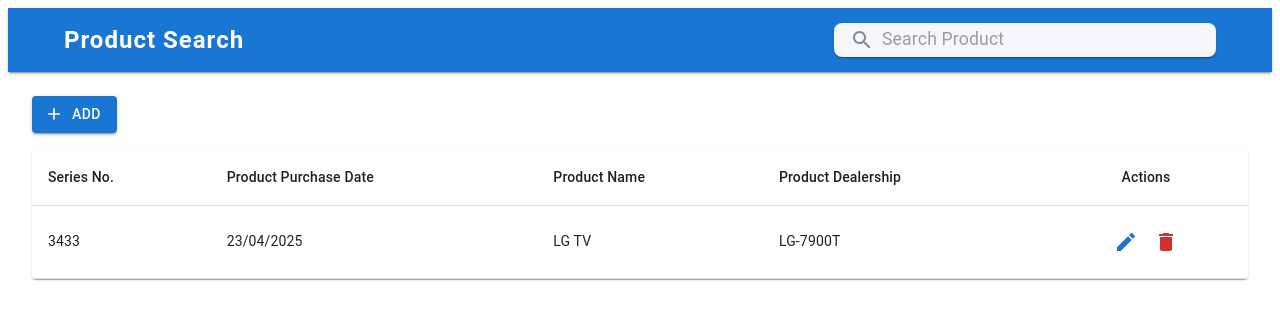
Repository: Sharathguru/Product_Task
Page: / (app in Frontend/)
An editor plug-in stored every save of this project. The page is shown before and after the next save, followed by the edit.
The browser window is 1280 px wide. The pictures show the whole page.
The project was rebuilt for these pictures with package versions that can differ from the ones it lists, and the page was loaded fresh each time. Requests to the local data server were answered from the project's data file. Also part of the build but not shown: Frontend/vite.config.js, Frontend/src/index.css, Frontend/src/Pages/product.js, Frontend/src/Pages/Insert.jsx, Frontend/src/Pages/Update.jsx, Frontend/src/Pages/Delete.jsx.

Above is the page before, as saved 2025-06-13 16:22:47.

### Frontend/src/App.jsx
import React from 'react'
import { BrowserRouter, Route, Routes } from 'react-router-dom'
import { ToastContainer } from 'react-toastify';
import 'react-toastify/dist/ReactToastify.css';
import Home from './Components/Home'
import Insert from './Pages/Insert'
import Update from './Pages/Update'
import Fetch from './Pages/Fetch'
import Delete from './Pages/Delete'

const App = () => {
  return (
    <>
      <ToastContainer position="top-right" autoClose={2000} />
      <BrowserRouter>
      <Routes>
        <Route path="/" element={<Home />} />
        <Route path="/insert" element={<Insert />} />
        <Route path="/update" element={<Update />} />
        <Route path="/fetch" element={<Fetch />} />
        <Route path="/delete" element={<Delete />} />
      </Routes>
        {/* <Route path="*" element={<h1>404 Not Found</h1>} /> */}
      </BrowserRouter>
    </>
  )
}

export default App

### Frontend/src/Components/Home.jsx
import React from "react";
import Navbar from "./Navbar";
import Fetch from "../Pages/Fetch";

const Home = () => {
  const [search, setSearch] = React.useState("");

  return (
    <div>
      <Navbar search={search} setSearch={setSearch} />
      <Fetch search={search} />
    </div>
  );
};

export default Home;

### Frontend/src/Pages/Fetch.jsx
import React from "react";
import axios from "../axios/axios.js";
import { useNavigate } from "react-router-dom";
import DeleteIcon from "@mui/icons-material/Delete";
import EditIcon from "@mui/icons-material/Edit";
import AddIcon from "@mui/icons-material/Add";
import Table from "@mui/material/Table";
import TableBody from "@mui/material/TableBody";
import TableCell from "@mui/material/TableCell";
import TableContainer from "@mui/material/TableContainer";
import TableHead from "@mui/material/TableHead";
import TableRow from "@mui/material/TableRow";
import Paper from "@mui/material/Paper";
import IconButton from "@mui/material/IconButton";
import InputBase from "@mui/material/InputBase";
import Box from "@mui/material/Box";
import SearchIcon from "@mui/icons-material/Search";
import Button from "@mui/material/Button";
import { toast } from "react-toastify";

const Fetch = ({ search }) => {
  const [products, setProducts] = React.useState([]);
  const [error, setError] = React.useState("");
  const navigate = useNavigate();

  const fetchData = async () => {
    try {
      const res = await axios.get("/products");
      setProducts(res.data);
    } catch (err) {
      setError("Failed to fetch data.");
    }
  };

  React.useEffect(() => {
    fetchData();
  }, []);

  const handleDelete = async (seriesNo) => {
    if (!window.confirm("Are you sure you want to delete this product?")) return;
    try {
      await axios.delete(`/user/${seriesNo}`);
      setProducts(products.filter((item) => item.Series_No !== seriesNo));
      toast.success("Product deleted successfully!");
    } catch {
      toast.error("Delete failed.");
    }
  };

  const handleEdit = (seriesNo) => {
    navigate(`/update`, { state: { seriesNo } });
  };

  const handleAdd = () => {
    navigate("/insert");
  };

  const filteredProducts = products.filter((item) =>
    Object.values(item)
      .join(" ")
      .toLowerCase()
      .includes(search.toLowerCase())
  );

  return (
    <Box sx={{ p: 3 }}>
      <Box sx={{ display: "flex", alignItems: "center", mb: 2 }}>
        <Button
          variant="contained"
          color="primary"
          startIcon={<AddIcon />}
          onClick={handleAdd}
          sx={{ mr: 2 }}
        >
          Add
        </Button>
        {/* <Paper
          component="form"
          sx={{
            p: "2px 4px",
            display: "flex",
            alignItems: "center",
            width: 350,
            borderRadius: 2,
            boxShadow: 1,
          }}
        >
          <SearchIcon sx={{ ml: 1, mr: 1 }} />
          <InputBase
            sx={{ ml: 1, flex: 1 }}
            placeholder="Search Product"
            inputProps={{ "aria-label": "search product" }}
            value={search}
            onChange={(e) => setSearch(e.target.value)}
          />
        </Paper> */}
      </Box>
      <TableContainer component={Paper}>
        <Table sx={{pr:-30}}>
          <TableHead>
            <TableRow>
              <TableCell>Series No.</TableCell>
              <TableCell>Product Purchase Date</TableCell>
              <TableCell>Product Name</TableCell>
              <TableCell>Product Dealership</TableCell>
              <TableCell align="center">Actions</TableCell>
            </TableRow>
          </TableHead>
          <TableBody>
            {filteredProducts.map((item, idx) => (
              <TableRow key={item.Series_No + idx}>
                <TableCell>{item.Series_No}</TableCell>
                <TableCell>
                  {item.Product_Purchase_Date &&
                    !isNaN(new Date(item.Product_Purchase_Date)) &&
                    new Date(item.Product_Purchase_Date).toLocaleDateString("en-GB")}
                </TableCell>
                <TableCell>{item.Product_Name}</TableCell>
                <TableCell>{item.Product_Dealership}</TableCell>
                <TableCell align="center">
                  <IconButton
                    color="primary"
                    onClick={() => handleEdit(item.Series_No)}
                  >
                    <EditIcon />
                  </IconButton>
                  <IconButton
                    color="error"
                    onClick={() => handleDelete(item.Series_No)}
                  >
                    <DeleteIcon />
                  </IconButton>
                </TableCell>
              </TableRow>
            ))}
            {filteredProducts.length === 0 && (
              <TableRow>
                <TableCell colSpan={5} align="center">
                  No products found.
                </TableCell>
              </TableRow>
            )}
          </TableBody>
        </Table>
      </TableContainer>
      {error && <p style={{ color: "red" }}>{error}</p>}
    </Box>
  );
};

export default Fetch;

### Frontend/src/Components/Navbar.jsx
import React from "react";
import AppBar from "@mui/material/AppBar";
import Toolbar from "@mui/material/Toolbar";
import Typography from "@mui/material/Typography";
import Box from "@mui/material/Box";
import InputBase from "@mui/material/InputBase";
import SearchIcon from "@mui/icons-material/Search";
import Container from "@mui/material/Container";
import useMediaQuery from "@mui/material/useMediaQuery";
import { useTheme } from "@mui/material/styles";

const Navbar = ({ search, setSearch }) => {
  const theme = useTheme();
  const isMobile = useMediaQuery(theme.breakpoints.down("sm"));

  return (
    <AppBar position="static" color="primary" elevation={2}>
      <Container maxWidth="lg" disableGutters>
        <Toolbar
          sx={{
            flexDirection: isMobile ? "column" : "row",
            justifyContent: isMobile ? "flex-start" : "space-between",
            gap: isMobile ? 2 : 0,
            py: isMobile ? 1 : 0,
          }}
        >
          <Typography
            variant="h5"
            color="inherit"
            noWrap
            sx={{
              fontWeight: 700,
              letterSpacing: 1,
              flexGrow: 1,
              mb: isMobile ? 1 : 0,
            }}
          >
            Product Search
          </Typography>
          <Box
            sx={{
              position: "relative",
              borderRadius: 2,
              backgroundColor: "#f5f7fa",
              width: isMobile ? "100%" : 350,
              display: "flex",
              alignItems: "center",
              px: 2,
              boxShadow: 1,
            }}
          >
            <SearchIcon sx={{ color: "#888", mr: 1 }} />
            <InputBase
              placeholder="Search Product"
              inputProps={{ "aria-label": "search" }}
              fullWidth
              value={search}
              onChange={(e) => setSearch(e.target.value)}
              sx={{ fontSize: isMobile ? "1rem" : "1.1rem" }}
            />
          </Box>
        </Toolbar>
      </Container>
    </AppBar>
  );
};

export default Navbar;

### Frontend/src/axios/axios.js
import axios from 'axios'

const instance = axios.create({
    baseURL: 'http://localhost:3000'
})
export default instance

### Frontend/backend/db.json
{
  "products": [
    {
      "id": "bf44",
      "Series_No": "3433",
      "Product_Purchase_Date": "2025-04-23",
      "Product_Name": "LG TV",
      "Product_Dealership": "LG-7900T"
    }
  ]
}

Loaded but not shown: Frontend/index.html (common file); Frontend/src/main.jsx (common file)

After the next save:
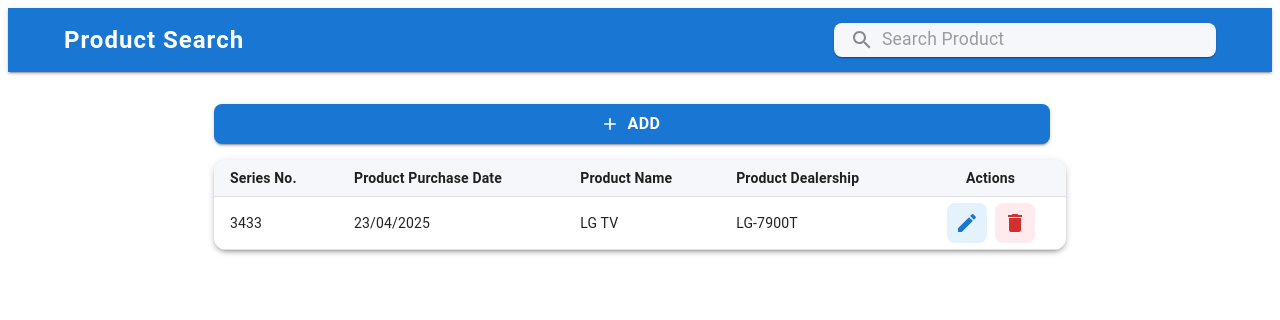
Saved 14 s later.
--- a/Frontend/src/Pages/Fetch.jsx
+++ b/Frontend/src/Pages/Fetch.jsx
@@ -12,11 +12,11 @@ import TableHead from "@mui/material/TableHead";
 import TableRow from "@mui/material/TableRow";
 import Paper from "@mui/material/Paper";
 import IconButton from "@mui/material/IconButton";
-import InputBase from "@mui/material/InputBase";
+import Button from "@mui/material/Button";
 import Box from "@mui/material/Box";
-import SearchIcon from "@mui/icons-material/Search";
-import Button from "@mui/material/Button";
+import Stack from "@mui/material/Stack";
 import { toast } from "react-toastify";
+import Container from "@mui/material/Container";
 
 const Fetch = ({ search }) => {
   const [products, setProducts] = React.useState([]);
@@ -36,19 +36,19 @@ const Fetch = ({ search }) => {
     fetchData();
   }, []);
 
-  const handleDelete = async (seriesNo) => {
+  const handleDelete = async (id) => {
     if (!window.confirm("Are you sure you want to delete this product?")) return;
     try {
-      await axios.delete(`/user/${seriesNo}`);
-      setProducts(products.filter((item) => item.Series_No !== seriesNo));
+      await axios.delete(`/products/${id}`);
+      setProducts(products.filter((item) => item.id !== id));
       toast.success("Product deleted successfully!");
     } catch {
       toast.error("Delete failed.");
     }
   };
 
-  const handleEdit = (seriesNo) => {
-    navigate(`/update`, { state: { seriesNo } });
+  const handleEdit = (id) => {
+    navigate(`/update`, { state: { id } });
   };
 
   const handleAdd = () => {
@@ -63,73 +63,91 @@ const Fetch = ({ search }) => {
   );
 
   return (
-    <Box sx={{ p: 3 }}>
-      <Box sx={{ display: "flex", alignItems: "center", mb: 2 }}>
+    <Container maxWidth="md" sx={{ py: { xs: 2, md: 4 } }}>
+      <Box
+        sx={{
+          display: "flex",
+          alignItems: "center",
+          mb: 2,
+          flexDirection: { xs: "column", sm: "row" },
+        }}
+      >
         <Button
           variant="contained"
           color="primary"
           startIcon={<AddIcon />}
           onClick={handleAdd}
-          sx={{ mr: 2 }}
+          sx={{
+            mb: { xs: 2, sm: 0 },
+            mr: { sm: 2 },
+            fontWeight: 600,
+            fontSize: "1rem",
+            px: 3,
+            borderRadius: 2,
+          }}
+          fullWidth={true}
         >
           Add
         </Button>
-        {/* <Paper
-          component="form"
-          sx={{
-            p: "2px 4px",
-            display: "flex",
-            alignItems: "center",
-            width: 350,
-            borderRadius: 2,
-            boxShadow: 1,
-          }}
-        >
-          <SearchIcon sx={{ ml: 1, mr: 1 }} />
-          <InputBase
-            sx={{ ml: 1, flex: 1 }}
-            placeholder="Search Product"
-            inputProps={{ "aria-label": "search product" }}
-            value={search}
-            onChange={(e) => setSearch(e.target.value)}
-          />
-        </Paper> */}
       </Box>
-      <TableContainer component={Paper}>
-        <Table sx={{pr:-30}}>
+      <TableContainer
+        component={Paper}
+        sx={{
+          width: "100%",
+          overflowX: "auto",
+          borderRadius: 3,
+          boxShadow: 3,
+        }}
+      >
+        <Table size="small">
           <TableHead>
-            <TableRow>
-              <TableCell>Series No.</TableCell>
-              <TableCell>Product Purchase Date</TableCell>
-              <TableCell>Product Name</TableCell>
-              <TableCell>Product Dealership</TableCell>
-              <TableCell align="center">Actions</TableCell>
+            <TableRow sx={{ backgroundColor: "#f5f7fa" }}>
+              <TableCell sx={{ fontWeight: 700 }}>Series No.</TableCell>
+              <TableCell sx={{ fontWeight: 700 }}>Product Purchase Date</TableCell>
+              <TableCell sx={{ fontWeight: 700 }}>Product Name</TableCell>
+              <TableCell sx={{ fontWeight: 700 }}>Product Dealership</TableCell>
+              <TableCell align="center" sx={{ fontWeight: 700 }}>
+                Actions
+              </TableCell>
             </TableRow>
           </TableHead>
           <TableBody>
-            {filteredProducts.map((item, idx) => (
-              <TableRow key={item.Series_No + idx}>
+            {filteredProducts.map((item) => (
+              <TableRow key={item.id}>
                 <TableCell>{item.Series_No}</TableCell>
                 <TableCell>
                   {item.Product_Purchase_Date &&
-                    !isNaN(new Date(item.Product_Purchase_Date)) &&
                     new Date(item.Product_Purchase_Date).toLocaleDateString("en-GB")}
                 </TableCell>
                 <TableCell>{item.Product_Name}</TableCell>
                 <TableCell>{item.Product_Dealership}</TableCell>
                 <TableCell align="center">
-                  <IconButton
-                    color="primary"
-                    onClick={() => handleEdit(item.Series_No)}
-                  >
-                    <EditIcon />
-                  </IconButton>
-                  <IconButton
-                    color="error"
-                    onClick={() => handleDelete(item.Series_No)}
-                  >
-                    <DeleteIcon />
-                  </IconButton>
+                  <Stack direction="row" spacing={1} justifyContent="center">
+                    <IconButton
+                      color="primary"
+                      onClick={() => handleEdit(item.id)}
+                      aria-label="edit"
+                      sx={{
+                        bgcolor: "#e3f2fd",
+                        "&:hover": { bgcolor: "#bbdefb" },
+                        borderRadius: 2,
+                      }}
+                    >
+                      <EditIcon />
+                    </IconButton>
+                    <IconButton
+                      color="error"
+                      onClick={() => handleDelete(item.id)}
+                      aria-label="delete"
+                      sx={{
+                        bgcolor: "#ffebee",
+                        "&:hover": { bgcolor: "#ffcdd2" },
+                        borderRadius: 2,
+                      }}
+                    >
+                      <DeleteIcon />
+                    </IconButton>
+                  </Stack>
                 </TableCell>
               </TableRow>
             ))}
@@ -144,7 +162,7 @@ const Fetch = ({ search }) => {
         </Table>
       </TableContainer>
       {error && <p style={{ color: "red" }}>{error}</p>}
-    </Box>
+    </Container>
   );
 };
 
